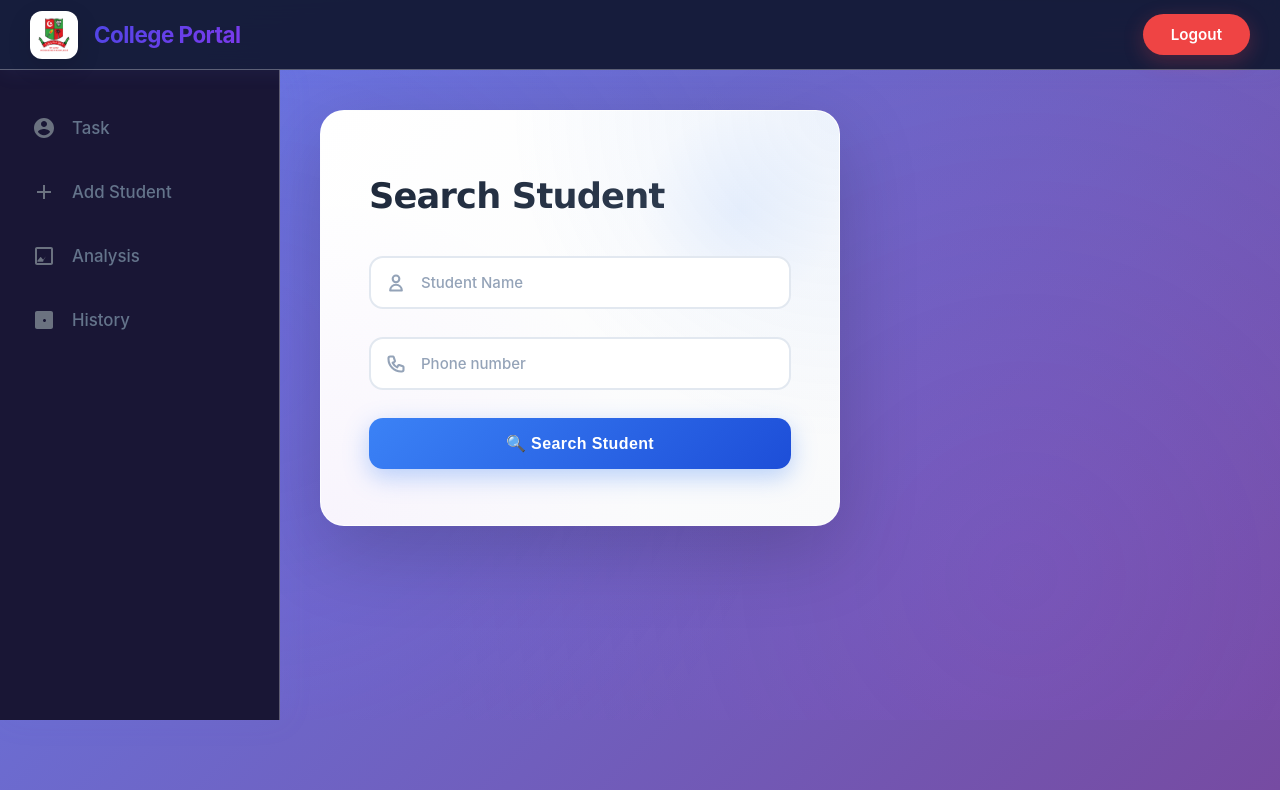
Repository: Raja-debug-tech/library-management
Page: /staffdash/analysis (app in collegeproject/)
The author's editor kept a copy of each file at every save. The page is drawn from the files as they stood at one save, then again after the next save.
The browser window is 1280 px wide. The pictures show the whole page.
The project was rebuilt for these pictures with package versions that can differ from the ones it lists, and the page was loaded fresh each time. Some packages were replaced by stand-ins written for this rebuild. Also part of the build but not shown: collegeproject/vite.config.js, collegeproject/src/Stafflogin.jsx, collegeproject/src/Studentlogin.jsx, collegeproject/src/Addstudent.jsx, collegeproject/src/Task.jsx, collegeproject/src/QuizPortal.jsx, collegeproject/src/Stfview.jsx, collegeproject/src/Creategroup.jsx and 5 more.

Above is the page before, as saved 2026-02-17 17:46:18.

After the next save:
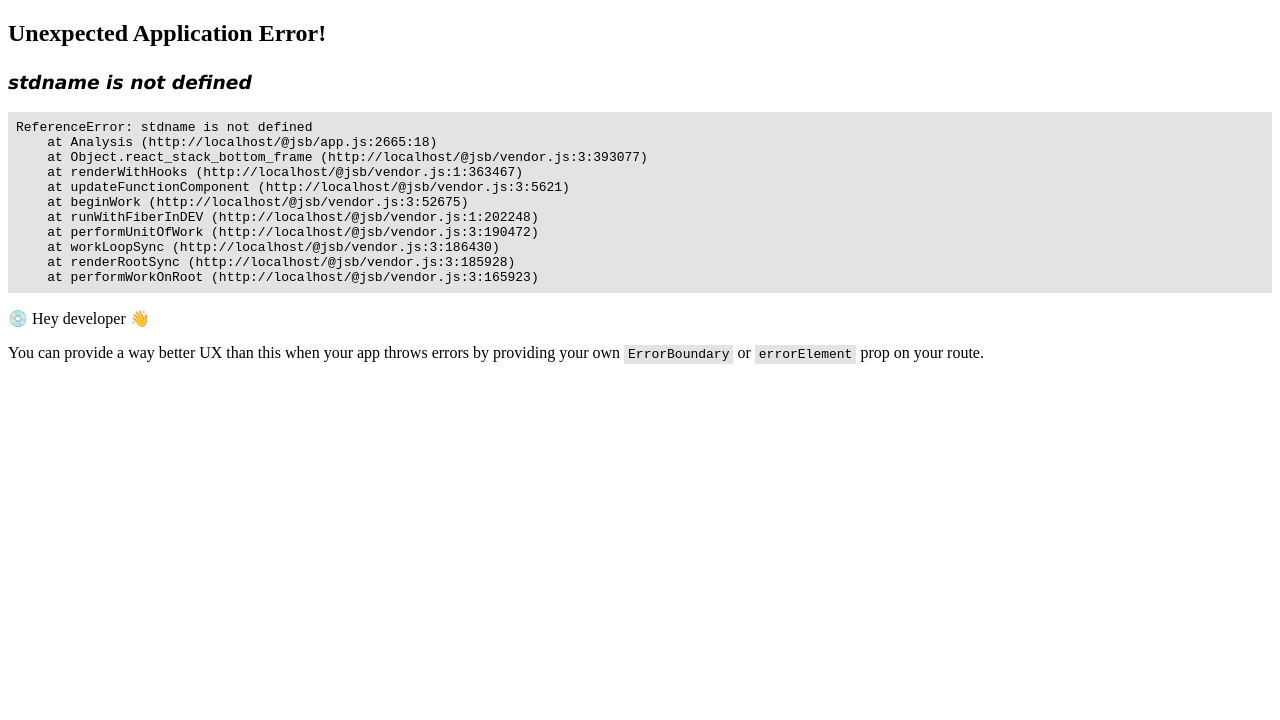
Saved 5 s later.
--- a/collegeproject/src/Analysis.jsx
+++ b/collegeproject/src/Analysis.jsx
@@ -3,7 +3,7 @@ import {  useState } from "react";
 
 const Analysis=()=>{
 
-    const[stdname,setStdname]=useState();
+    const[name,setStdname]=useState();
     const[number,setNumber]=useState();
     const[isShow,setIsshow]=useState(true);
     const[val,setVal]=useState({
